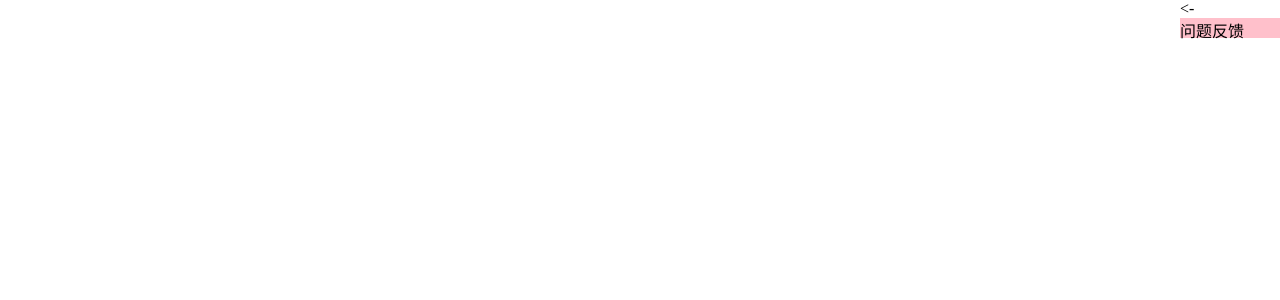
Repository: szl156/class
Page: review/javascript/test/test.html
An editor plug-in stored every save of this project. The page is shown before and after the next save, followed by the edit.
The browser window is 1280 px wide. The pictures show the whole page.

Above is the page before, as saved 2022-07-25 22:23:48.

### review/javascript/test/test.html
<!DOCTYPE html>
<html lang="en">

<head>
    <meta charset="UTF-8">
    <meta http-equiv="X-UA-Compatible" content="IE=edge">
    <meta name="viewport" content="width=device-width, initial-scale=1.0">
    <title>Document</title>
    <style>
        .sliderbar {
            position: absolute;
            top: 0;
            right: 0;
        }

        span {
            position: relative;
        }

        .con {
            position: relative;
            top: 20;
            right: 0;
            width: 100px;
            height: 20px;
            background-color: pink;
        }
    </style>
    <script src="animate.js"></script>
</head>

<body>
    <div class="sliderbar">
        <span><-</span>
        <div class="con">问题反馈</div>
    </div>
    <script>
        let sliderbar = document.querySelector('.sliderbar')
        let con = document.querySelector('.con')
        sliderbar.addEventListener('mouseenter', function() {
            animate(con, -160, function() {
                sliderbar.children[0].innerHTML = '->'
            })

        })
        sliderbar.addEventListener('mouseleave', function() {
            animate(con, 0)

        })
    </script>
</body>

</html>

### review/javascript/test/animate.js
function animate(obj, target, callback) {
    obj.timer = setInterval(function() {
        let step = Math.ceil((target - obj.offsetLeft) / 10)
        if (obj.offsetLeft >= target) {
            clearInterval(obj.timer)
            if (callback) {
                callback()
            }
        }
        obj.style.left = obj.offsetLeft + step + 'px'
    }, 40)
}

After the next save:
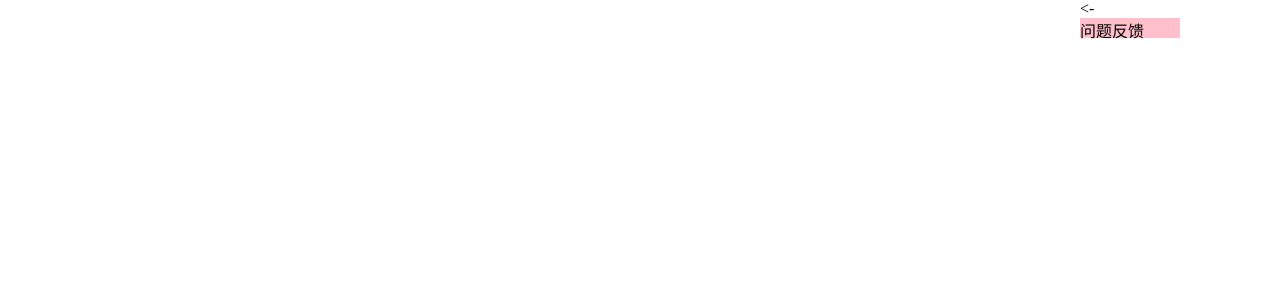
Saved 16 s later.
--- a/review/javascript/test/test.html
+++ b/review/javascript/test/test.html
@@ -11,6 +11,7 @@
             position: absolute;
             top: 0;
             right: 0;
+            width: 200px;
         }
 
         span {
